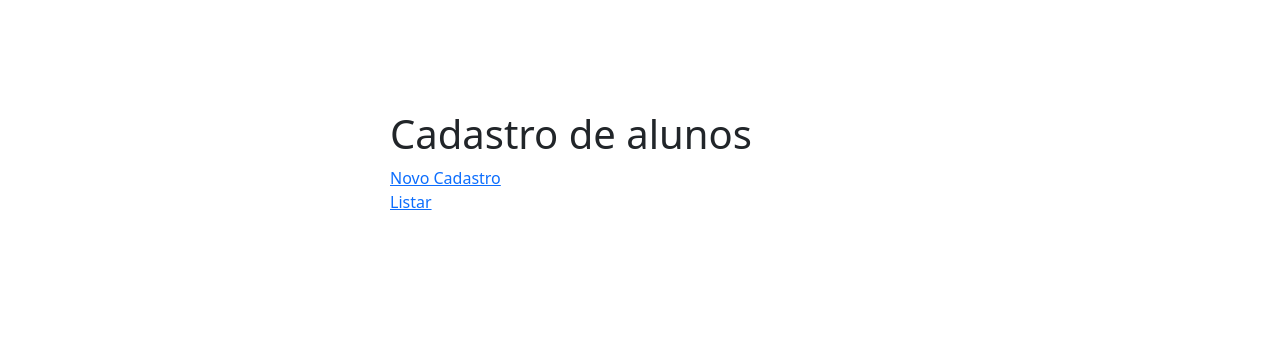
Repository: juliatbarbosa/CRUD-ALUNOS
Page: http://localhost/OlaMundo/alunos/cadastro/index.jsp
These files come from the project's save history. The page is drawn as it stood at one moment and after the next save; the edit follows.
The browser window is 1280 px wide. The pictures show the whole page.
The page is served by Tomcat 9. Other server files are loaded and not shown.

Above is the page before, as saved 2024-09-29 21:06:57.

### OlaMundo/src/main/webapp/alunos/cadastro/index.jsp
<%@page import="org.alunos.AlunoDAO"%>
<%@ page language="java" contentType="text/html; charset=ISO-8859-1"
    pageEncoding="ISO-8859-1"%>
<!DOCTYPE html>
<html>
<head>
<meta charset="ISO-8859-1">
<title>Página inicial</title>

<link href="https://cdn.jsdelivr.net/npm/bootstrap@5.3.3/dist/css/bootstrap.min.css" rel="stylesheet" integrity="sha384-QWTKZyjpPEjISv5WaRU9OFeRpok6YctnYmDr5pNlyT2bRjXh0JMhjY6hW+ALEwIH" crossorigin="anonymous">
<link href="https://cdn.jsdelivr.net/npm/bootstrap-icons/font/bootstrap-icons.css" rel="stylesheet">

<style>
body {
		display: flex;
		justify-content: center;
		align-items: center;
		height: 100vh;

	}
	.conteudoTela {
		width: 500px;
		height: 500px;



	}
</style>
</head>
<body>

	<div class="conteudoTela">

	<h1>Cadastro de alunos</h1>
	<a href="formulario.jsp?id=0">Novo Cadastro</a>
	<br/>
	<a href="listar.jsp">Listar</a>

	</div>

	<%


	//AlunoDAO dao = new AlunoDAO();
	//dao.criarTabela();
	%>

	<script src="https://cdn.jsdelivr.net/npm/bootstrap@5.3.3/dist/js/bootstrap.bundle.min.js" integrity="sha384-YvpcrYf0tY3lHB60NNkmXc5s9fDVZLESaAA55NDzOxhy9GkcIdslK1eN7N6jIeHz" crossorigin="anonymous"></script>
</body>
</html>

After the next save:
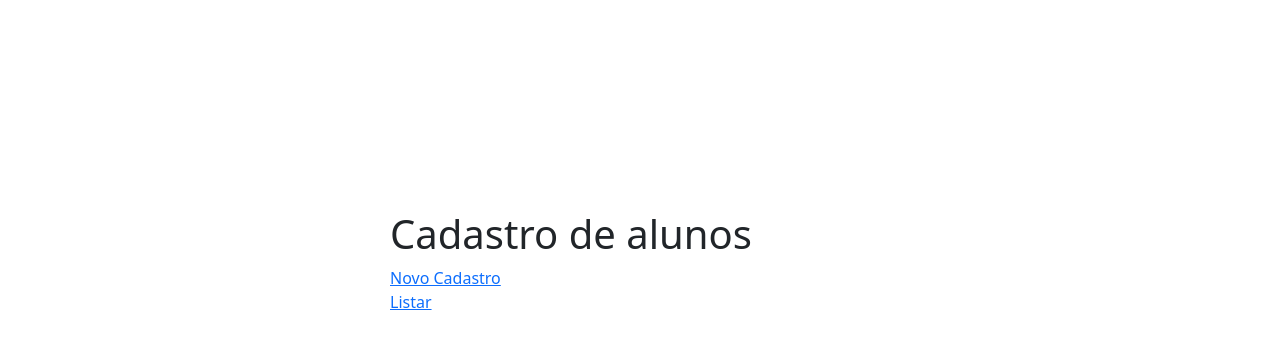
Saved 8 s later.
--- a/OlaMundo/src/main/webapp/alunos/cadastro/index.jsp
+++ b/OlaMundo/src/main/webapp/alunos/cadastro/index.jsp
@@ -20,7 +20,7 @@ body {
 	}
 	.conteudoTela {
 		width: 500px;
-		height: 500px;
+		height: 300px;
 
 
 
